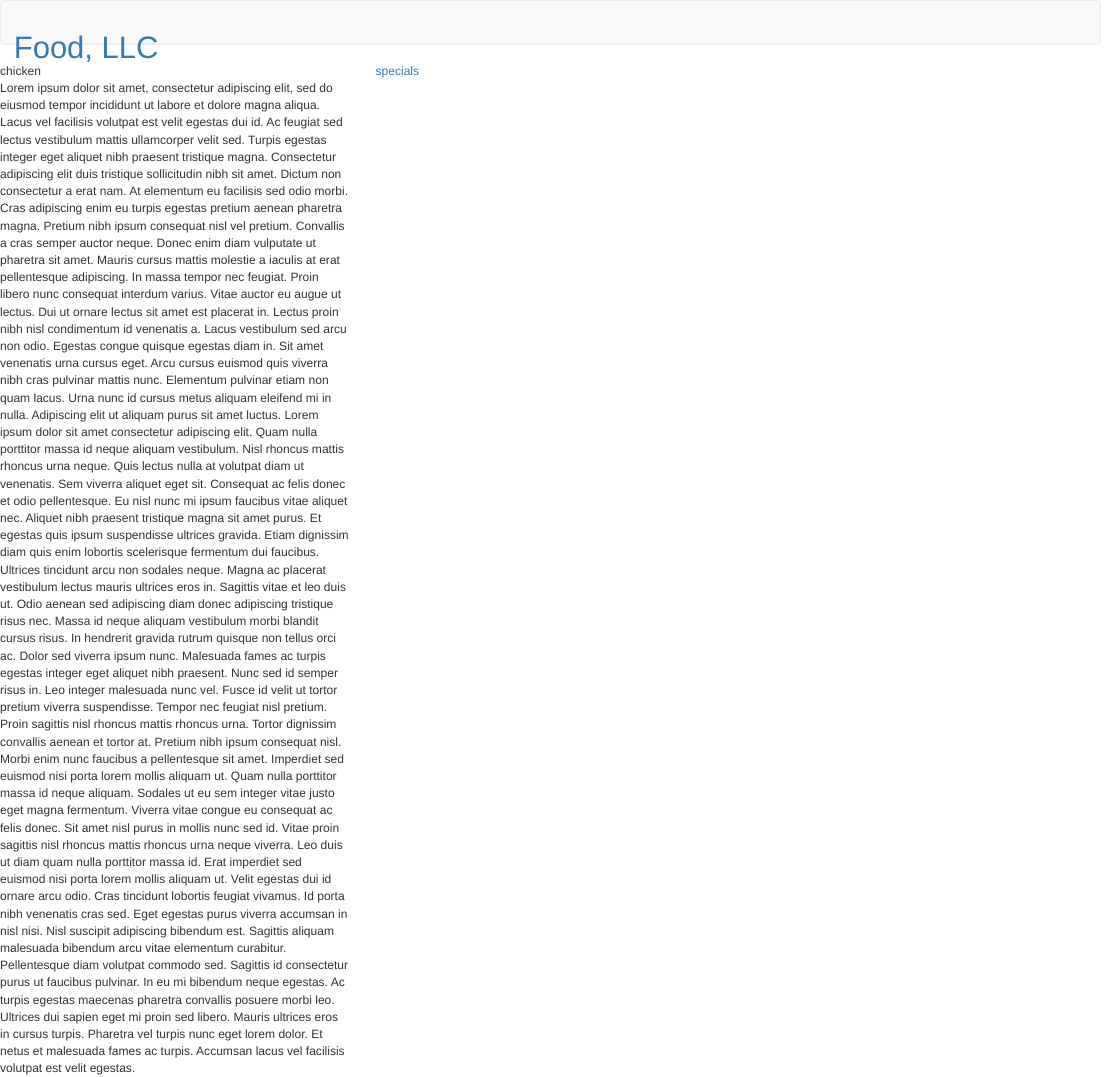
Repository: Cynthia-woo/coursera_frontend_JHU
Page: module3-solution/index.html
An editor plug-in stored every save of this project. The page is shown before and after the next save, followed by the edit.
The browser window is 1280 px wide. The page is 1295 px wide, so the pictures cover 1295 px, including what lies to the right of the window. The pictures show the whole page, at 86% of full size.

Above is the page before, as saved 2024-04-20 02:29:24.

After the next save:
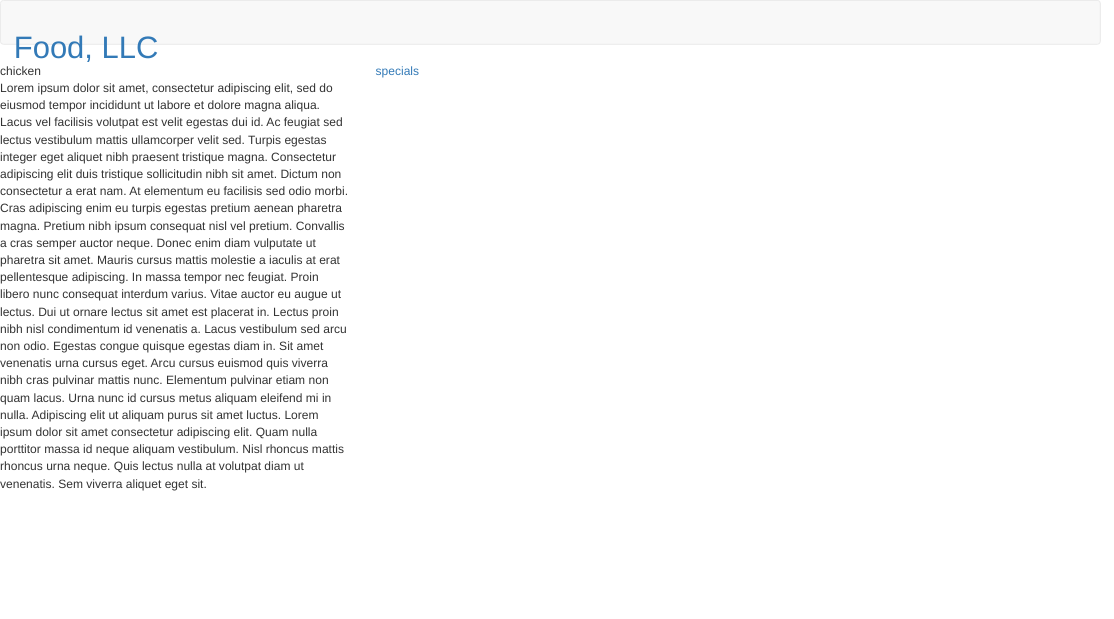
Saved 12 s later.
--- a/module3-solution/index.html
+++ b/module3-solution/index.html
@@ -64,13 +64,7 @@
                 <div class="dish_title">chicken</div>
                 <div class="dish_detail">Lorem ipsum dolor sit amet, consectetur adipiscing elit, sed do eiusmod tempor incididunt ut labore et dolore magna aliqua. Lacus vel facilisis volutpat est velit egestas dui id. Ac feugiat sed lectus vestibulum mattis ullamcorper velit sed. Turpis egestas integer eget aliquet nibh praesent tristique magna. Consectetur adipiscing elit duis tristique sollicitudin nibh sit amet. Dictum non consectetur a erat nam. At elementum eu facilisis sed odio morbi. Cras adipiscing enim eu turpis egestas pretium aenean pharetra magna. Pretium nibh ipsum consequat nisl vel pretium. Convallis a cras semper auctor neque. Donec enim diam vulputate ut pharetra sit amet. Mauris cursus mattis molestie a iaculis at erat pellentesque adipiscing. In massa tempor nec feugiat. Proin libero nunc consequat interdum varius. Vitae auctor eu augue ut lectus.
 
-                    Dui ut ornare lectus sit amet est placerat in. Lectus proin nibh nisl condimentum id venenatis a. Lacus vestibulum sed arcu non odio. Egestas congue quisque egestas diam in. Sit amet venenatis urna cursus eget. Arcu cursus euismod quis viverra nibh cras pulvinar mattis nunc. Elementum pulvinar etiam non quam lacus. Urna nunc id cursus metus aliquam eleifend mi in nulla. Adipiscing elit ut aliquam purus sit amet luctus. Lorem ipsum dolor sit amet consectetur adipiscing elit. Quam nulla porttitor massa id neque aliquam vestibulum. Nisl rhoncus mattis rhoncus urna neque. Quis lectus nulla at volutpat diam ut venenatis. Sem viverra aliquet eget sit.
-
-                    Consequat ac felis donec et odio pellentesque. Eu nisl nunc mi ipsum faucibus vitae aliquet nec. Aliquet nibh praesent tristique magna sit amet purus. Et egestas quis ipsum suspendisse ultrices gravida. Etiam dignissim diam quis enim lobortis scelerisque fermentum dui faucibus. Ultrices tincidunt arcu non sodales neque. Magna ac placerat vestibulum lectus mauris ultrices eros in. Sagittis vitae et leo duis ut. Odio aenean sed adipiscing diam donec adipiscing tristique risus nec. Massa id neque aliquam vestibulum morbi blandit cursus risus. In hendrerit gravida rutrum quisque non tellus orci ac. Dolor sed viverra ipsum nunc. Malesuada fames ac turpis egestas integer eget aliquet nibh praesent.
-
-                    Nunc sed id semper risus in. Leo integer malesuada nunc vel. Fusce id velit ut tortor pretium viverra suspendisse. Tempor nec feugiat nisl pretium. Proin sagittis nisl rhoncus mattis rhoncus urna. Tortor dignissim convallis aenean et tortor at. Pretium nibh ipsum consequat nisl. Morbi enim nunc faucibus a pellentesque sit amet. Imperdiet sed euismod nisi porta lorem mollis aliquam ut. Quam nulla porttitor massa id neque aliquam. Sodales ut eu sem integer vitae justo eget magna fermentum. Viverra vitae congue eu consequat ac felis donec. Sit amet nisl purus in mollis nunc sed id. Vitae proin sagittis nisl rhoncus mattis rhoncus urna neque viverra. Leo duis ut diam quam nulla porttitor massa id. Erat imperdiet sed euismod nisi porta lorem mollis aliquam ut. Velit egestas dui id ornare arcu odio. Cras tincidunt lobortis feugiat vivamus. Id porta nibh venenatis cras sed.
-
-                    Eget egestas purus viverra accumsan in nisl nisi. Nisl suscipit adipiscing bibendum est. Sagittis aliquam malesuada bibendum arcu vitae elementum curabitur. Pellentesque diam volutpat commodo sed. Sagittis id consectetur purus ut faucibus pulvinar. In eu mi bibendum neque egestas. Ac turpis egestas maecenas pharetra convallis posuere morbi leo. Ultrices dui sapien eget mi proin sed libero. Mauris ultrices eros in cursus turpis. Pharetra vel turpis nunc eget lorem dolor. Et netus et malesuada fames ac turpis. Accumsan lacus vel facilisis volutpat est velit egestas.</div>
+                    Dui ut ornare lectus sit amet est placerat in. Lectus proin nibh nisl condimentum id venenatis a. Lacus vestibulum sed arcu non odio. Egestas congue quisque egestas diam in. Sit amet venenatis urna cursus eget. Arcu cursus euismod quis viverra nibh cras pulvinar mattis nunc. Elementum pulvinar etiam non quam lacus. Urna nunc id cursus metus aliquam eleifend mi in nulla. Adipiscing elit ut aliquam purus sit amet luctus. Lorem ipsum dolor sit amet consectetur adipiscing elit. Quam nulla porttitor massa id neque aliquam vestibulum. Nisl rhoncus mattis rhoncus urna neque. Quis lectus nulla at volutpat diam ut venenatis. Sem viverra aliquet eget sit.</div>
             </div>
             <div class="col-md-4 col-sm-6 col-xs-12">
               <a href="single-category.html"><div id="specials-tile"><span>specials</span></div></a>
